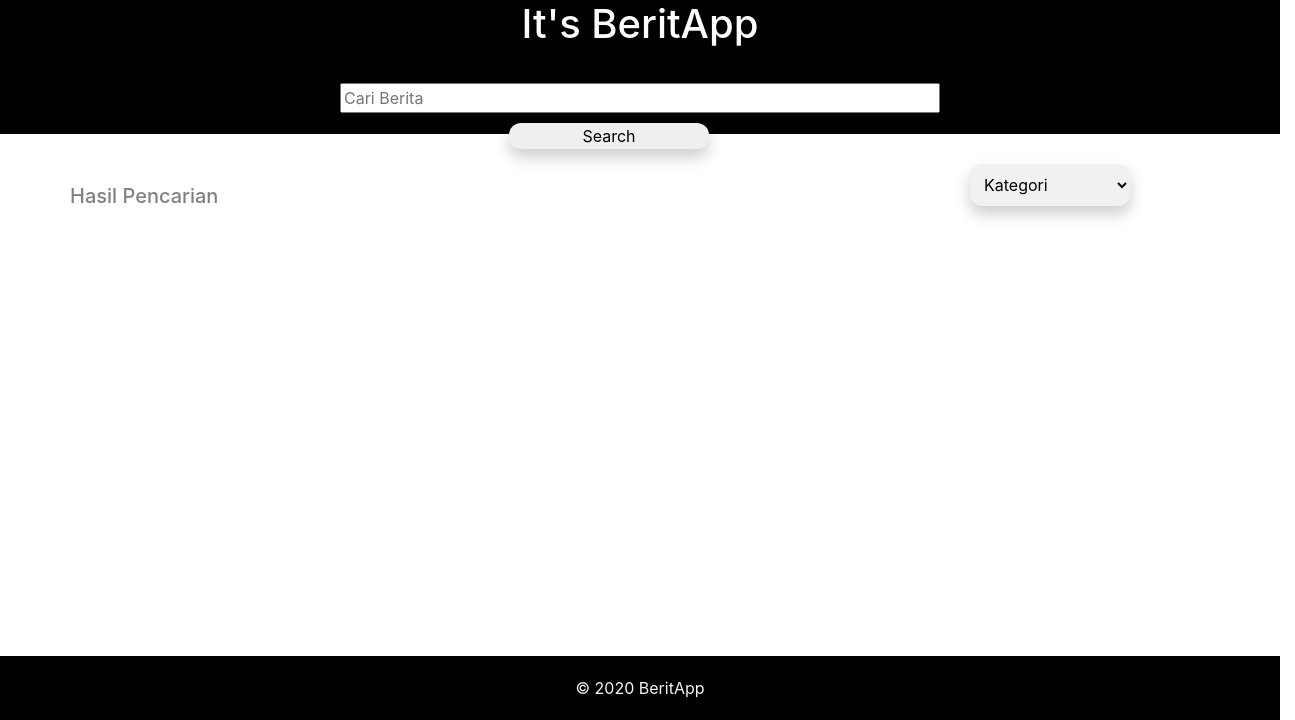
Repository: faalihnst/berita
Page: /
The author's editor kept a copy of each file at every save. The page is drawn from the files as they stood at one save, then again after the next save.
The browser window is 1280 px wide. The page is 1295 px wide, so the pictures cover 1295 px, including what lies to the right of the window. The pictures show the whole page.
The project was rebuilt for these pictures with package versions that can differ from the ones it lists, and the page was loaded fresh each time.

Above is the page before, as saved 2020-06-05 07:27:49.

After the next save:
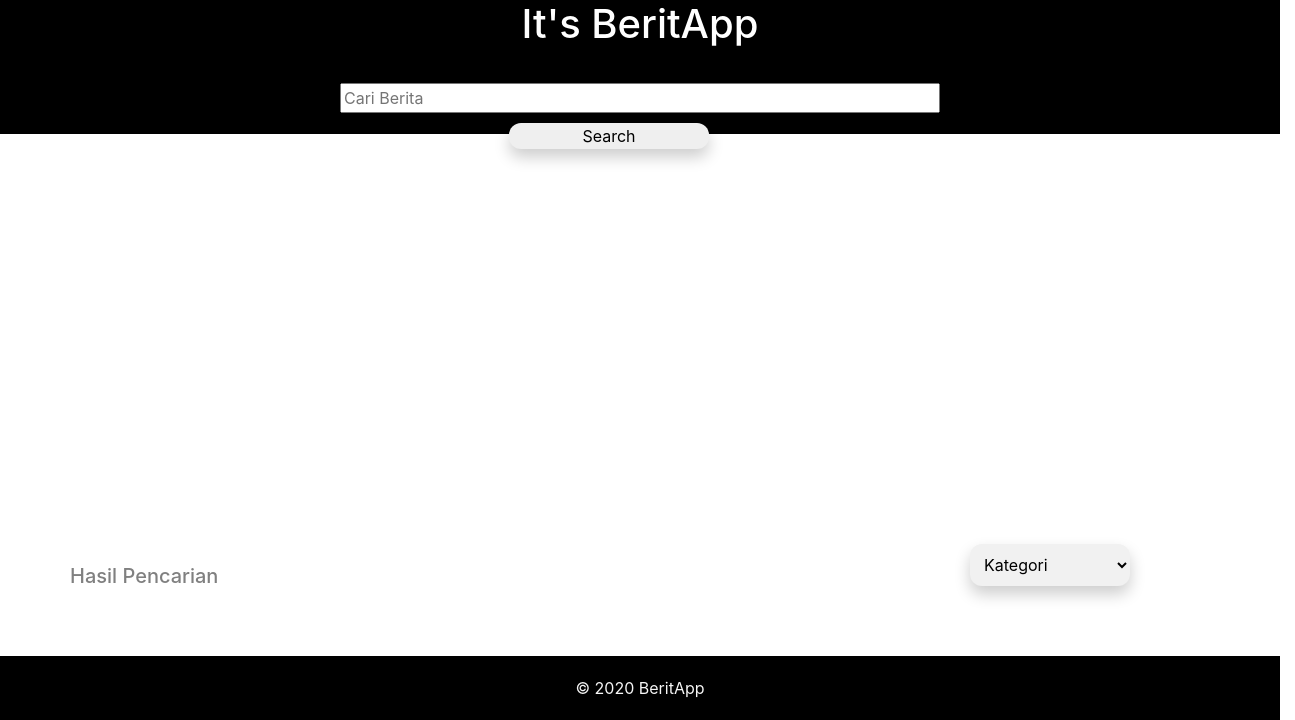
Saved 23 s later.
--- a/src/assets/style.css
+++ b/src/assets/style.css
@@ -50,7 +50,7 @@ body {
 }
 
 .content{
-  margin-top: 20px;
+  margin-top: 400px;
 }
 
 h5{
